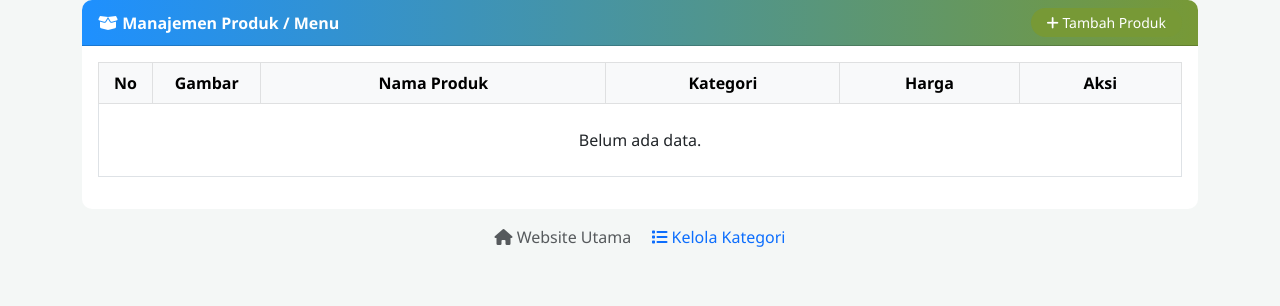
Repository: fzan-ghlii/mystore
Page: http://localhost/namamenu/index.php
An editor plug-in stored every save of this project. The page is shown before and after the next save, followed by the edit.
The browser window is 1280 px wide. The pictures show the whole page.
The page is run by PHP 8.4 with error messages shown; the project is at /var/www/html/. Queries for data that is not in the repository find no rows.

Above is the page before, as saved 2025-11-27 11:39:51.

### namamenu/index.php
<!DOCTYPE html>
<html lang="id">
<head>
    <meta charset="UTF-8">
    <meta name="viewport" content="width=device-width, initial-scale=1.0">
    <title>Admin - Produk Menu</title>
    <link href="https://cdn.jsdelivr.net/npm/bootstrap@5.3.0/dist/css/bootstrap.min.css" rel="stylesheet">
    <link rel="stylesheet" href="https://cdnjs.cloudflare.com/ajax/libs/font-awesome/6.0.0/css/all.min.css">
    <style>
        body { background-color: #f4f7f6; font-family: 'Segoe UI', Tahoma, Geneva, Verdana, sans-serif; }
        .container-fluid { margin-top: 20px; }
        .card { border: none; shadow: 0 4px 8px rgba(0,0,0,0.1); border-radius: 10px; }
        .card-header { background: linear-gradient(to right, #1E90FF, #779936); color: white; border-radius: 10px 10px 0 0 !important; font-weight: bold; }
        .btn-add { background-color: #779936; color: white; border: none; }
        .btn-add:hover { background-color: #5e870e; color: white; }
    </style>
</head>
<body>

    <div class="container mb-5">
        <div class="card">
            <div class="card-header d-flex justify-content-between align-items-center">
                <span><i class="fas fa-box-open"></i> Manajemen Produk / Menu</span>
                <a href="create.php" class="btn btn-add btn-sm rounded-pill px-3">
                    <i class="fas fa-plus"></i> Tambah Produk
                </a>
            </div>
            <div class="card-body">
                <!-- Memanggil file view_namamenu.php -->
                <?php include 'view_namamenu.php'; ?>
            </div>
        </div>

        <div class="text-center mt-3">
             <a href="../index.php" class="text-decoration-none text-muted me-3"><i class="fas fa-home"></i> Website Utama</a>
             <a href="../jenismenu/index.php" class="text-decoration-none text-primary"><i class="fas fa-list"></i> Kelola Kategori</a>
        </div>
    </div>

    <script src="https://cdn.jsdelivr.net/npm/bootstrap@5.3.0/dist/js/bootstrap.bundle.min.js"></script>
</body>
</html>

### namamenu/view_namamenu.php
<?php
include 'db.php';
$sql = "SELECT tbnamamenu.*, tbjenismenu.nama_jenis
        FROM tbnamamenu
        LEFT JOIN tbjenismenu ON tbnamamenu.id_jenis = tbjenismenu.id_jenis
        ORDER BY id_menu DESC";
$result = $conn->query($sql);
?>

<!-- Include SweetAlert -->
<script src="https://cdn.jsdelivr.net/npm/sweetalert2@11"></script>

<div class="table-responsive">
    <table class="table table-hover table-bordered align-middle">
        <thead class="table-light text-center">
            <tr>
                <th width="5%">No</th>
                <th width="10%">Gambar</th>
                <th>Nama Produk</th>
                <th>Kategori</th>
                <th>Harga</th>
                <th width="15%">Aksi</th>
            </tr>
        </thead>
        <tbody>
            <?php
            if ($result->num_rows > 0) {
                $no = 1;
                while($row = $result->fetch_assoc()) {
            ?>
                <tr>
                    <td class="text-center"><?php echo $no++; ?></td>
                    <td class="text-center">
                        <?php if (!empty($row['image'])): ?>
                            <img src="../img/portfolio/<?php echo $row['image']; ?>" width="60" height="60" style="object-fit:cover; border-radius:5px;">
                        <?php else: ?>
                            <span class="text-muted text-small">No Img</span>
                        <?php endif; ?>
                    </td>
                    <td>
                        <strong><?php echo htmlspecialchars($row['nama_menu']); ?></strong><br>
                        <small class="text-muted"><?php echo substr($row['deskripsi'], 0, 50); ?>...</small>
                    </td>
                    <td><span class="badge bg-secondary"><?php echo $row['nama_jenis']; ?></span></td>
                    <td>Rp <?php echo number_format($row['harga'], 0, ',', '.'); ?></td>
                    <td class="text-center">
                        <a href="edit.php?id=<?php echo $row['id_menu']; ?>" class="btn btn-warning btn-sm text-white"><i class="fas fa-edit"></i></a>

                        <!-- SweetAlert Trigger -->
                        <a href="delete.php?id=<?php echo $row['id_menu']; ?>"
                           class="btn btn-danger btn-sm"
                           onclick="konfirmasiHapusProduk(event, this.href)">
                           <i class="fas fa-trash"></i>
                        </a>
                    </td>
                </tr>
            <?php } } else { echo "<tr><td colspan='6' class='text-center py-4'>Belum ada data.</td></tr>"; } $conn->close(); ?>
        </tbody>
    </table>
</div>

<script>
function konfirmasiHapusProduk(event, urlLink) {
    event.preventDefault();
    Swal.fire({
        title: 'Hapus Produk?',
        text: "Produk dan gambar akan dihapus permanen!",
        icon: 'warning',
        showCancelButton: true,
        confirmButtonColor: '#d33',
        cancelButtonColor: '#3085d6',
        confirmButtonText: 'Ya, Hapus!'
    }).then((result) => {
        if (result.isConfirmed) {
            window.location.href = urlLink;
        }
    })
}
</script>

### namamenu/db.php
<?php
$servername = "localhost";
$username = "root";
$password = "";
$dbname = "dbmystore";

$conn = new mysqli($servername, $username, $password, $dbname);

if ($conn->connect_error) {
    die("Koneksi gagal: " . $conn->connect_error);
}
?>

After the next save:
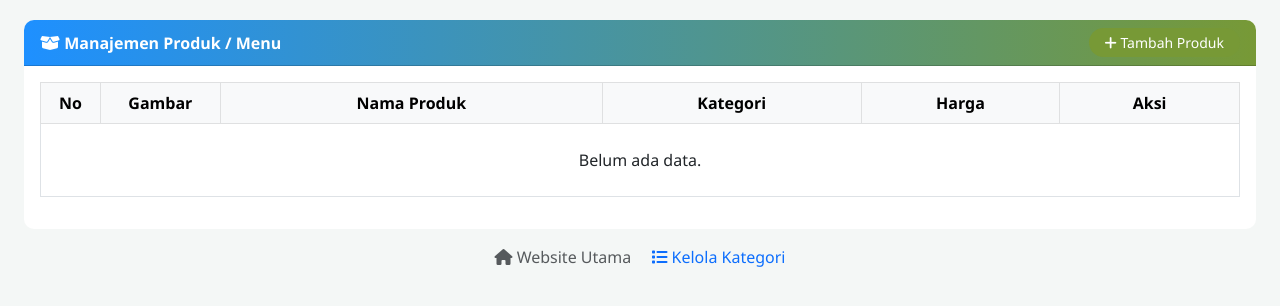
Saved 8 s later.
--- a/namamenu/index.php
+++ b/namamenu/index.php
@@ -17,7 +17,7 @@
 </head>
 <body>
 
-    <div class="container mb-5">
+    <div class="container-fluid px-4 mb-5">
         <div class="card">
             <div class="card-header d-flex justify-content-between align-items-center">
                 <span><i class="fas fa-box-open"></i> Manajemen Produk / Menu</span>
